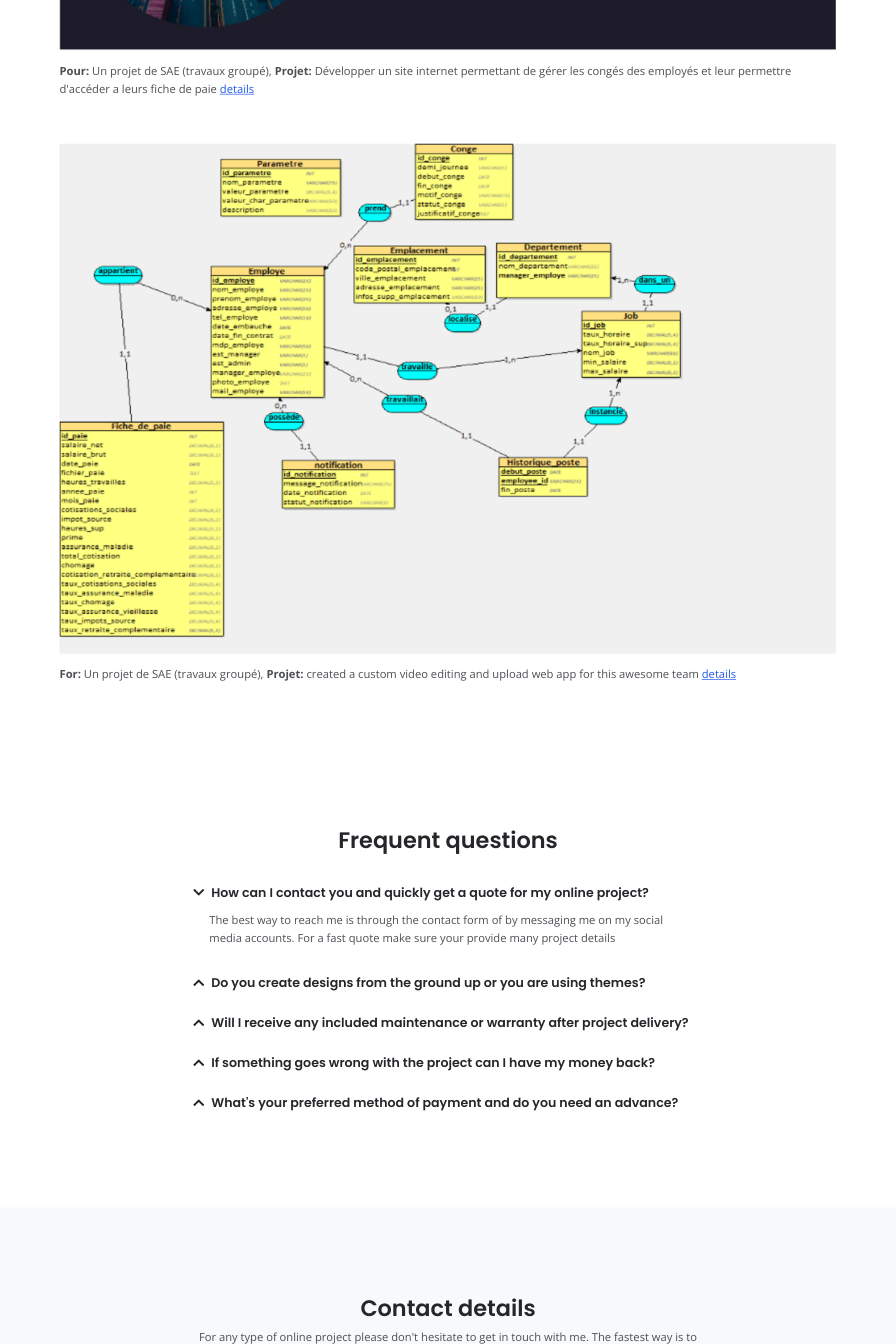
Repository: J2S80000/Portfolio
Page: index.html
The author's editor kept a copy of each file at every save. The page is drawn from the files as they stood at one save, then again after the next save.
The browser window is 1280 px wide. The pictures show the part of the page from y = 4580 to 6500 px (the page is 7477 px tall), at 70% of full size.

Above is the page before, as saved 2025-05-05 17:38:54.

After the next save:
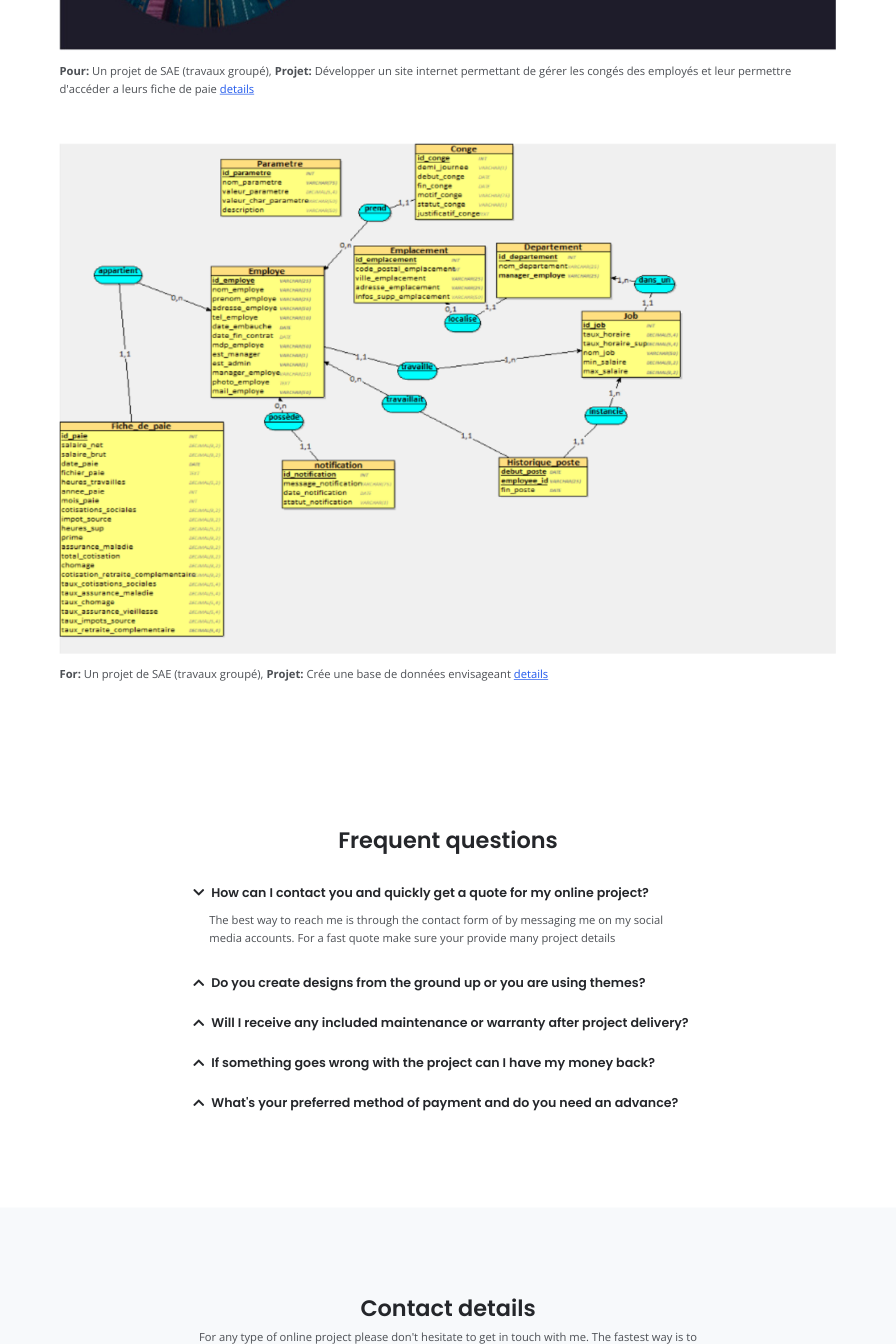
Saved 29 s later.
--- a/index.html
+++ b/index.html
@@ -252,7 +252,7 @@
                                 <img class="img-fluid" src="images/project-3.1.png" alt="alternative">
                             </a>
                         </div> <!-- end of image-container -->
-                        <p><strong>For:</strong> Un projet de SAE (travaux groupé), <strong>Projet:</strong> created a custom video editing and upload web app for this awesome team <a class="blue" href="project.html">details</a></p>
+                        <p><strong>For:</strong> Un projet de SAE (travaux groupé), <strong>Projet:</strong> Crée une base de données envisageant <a class="blue" href="project.html">details</a></p>
                     </div> <!-- end of text-container -->
 
                 </div> <!-- end of col -->
